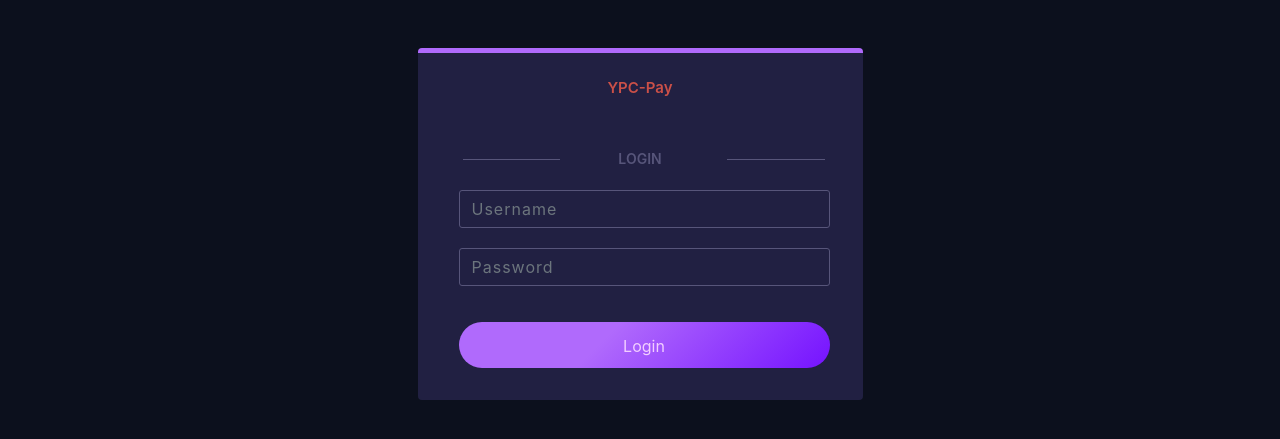
Repository: imamarin/ypcpay
Page: http://localhost/
An editor plug-in stored every save of this project. The page is shown before and after the next save, followed by the edit.
The browser window is 1280 px wide. The pictures show the whole page.
Some web libraries are served in a nearby version. The page is served by the project's Laravel application, run on PHP 8.4 with Laravel 8. Other server files are loaded and not shown.

Above is the page before, as saved 2022-05-20 13:58:36.
Console error: TypeError: Cannot read properties of undefined (reading 'fn')

### resources/views/login.blade.php
<!DOCTYPE html>
<html lang="{{ str_replace('_', '-', app()->getLocale()) }}">
    <head>
        <meta charset="utf-8">
        <meta name="viewport" content="width=device-width, initial-scale=1">

        <title>Laravel</title>

        <!-- Fonts -->
        <link href="https://stackpath.bootstrapcdn.com/bootstrap/4.3.1/css/bootstrap.min.css" rel="stylesheet">
        <link href="https://use.fontawesome.com/releases/v5.7.2/css/all.css" rel="stylesheet">
        <script src="https://stackpath.bootstrapcdn.com/bootstrap/4.3.1/js/bootstrap.bundle.min.js"></script>
        <script src="https://cdnjs.cloudflare.com/ajax/libs/jquery/3.2.1/jquery.min.js"></script>

        <style>
            body{
                background-color: #0c101d;
            }
            .card{
                border: none;
                border-top: 5px solid  rgb(176,106,252);
                background: #212042;
                color: #57557A;
            }
            p{
                font-weight: 600;
                font-size: 15px;
            }
            .fab{
                display: flex;
                justify-content: center;
                align-items: center;
                border: none;
                background: #2A284D;
                height: 40px;
                width: 90px;
            }
            .fab:hover{
                cursor: pointer;
            }
            .fa-twitter{
                color: #56ABEC;
            }
            .fa-facebook{
                color: #1775F1;
            }
            .fa-google{
                color: #CB5048;
            }
            .division{
                float: none;
                position: relative;
                margin: 30px auto 20px;
                text-align: center;
                width: 100%;
                box-sizing: border-box;
            }
            .division .line{
                border-top: 1.5px solid #57557A;;
                position: absolute;
                top: 13px;
                width: 85%;
            }
            .line.l{
                left: 52px;
            }
            .line.r{
                right: 45px;

            }
            .division span{
                font-weight: 600;
                font-size: 14px;
            }
            .myform{
                padding: 0 25px 0 33px;
            }
            .form-control{
                border: 1px solid #57557A;
                border-radius: 3px;
                background: #212042;
                margin-bottom: 20px;
                letter-spacing: 1px;

            }
            .form-control:focus{
                border: 1px solid #57557A;
                border-radius: 3px;
                box-shadow: none;
                background: #212042;
                color: #fff;
                letter-spacing: 1px;
            }
            .bn{
                text-decoration: underline;
            }
            .bn:hover{
                cursor: pointer;
            }
            .form-check-input {
                margin-top: 8px!important;
                }
            .btn-primary{
            background: linear-gradient(135deg, rgba(176,106,252,1) 39%,rgba(116,17,255,1) 101%);
            border: none;
            border-radius: 50px;
            }
            .btn-primary:focus{
                box-shadow: none;
                border: none;
            }
            small{
                color: #F2CEFF;
            }
            .far.fa-user{
                font-size: 13px;
            }

            @media(min-width: 767px){
                .bn{
                    text-align: right;
                }
            }
            @media(max-width: 767px){
                .form-check{
                    text-align: center;
                }
                .bn{
                    text-align: center;
                    align-items: center;
                }
            }
            @media(max-width: 450px){
                .fab{
                    width: 100%;
                    height: 100%;
                }
                .division .line{
                    width: 50%;
                }
            }
        </style>
    </head>
    <body>
        <div class="container">
            <div class="row d-flex justify-content-center mt-5">
                <div class="col-12 col-md-8 col-lg-6 col-xl-5">
                    <div class="card py-3 px-2">
                        <p class="text-center mb-3 mt-2" style="color: #CB5048">YPC-Pay</p>
                        {{-- <div class="row mx-auto ">
                            <div class="col-4">
                                <i class="fab fa-twitter"></i>
                            </div>
                            <div class="col-4">
                                <i class="fab fa-facebook"></i>
                            </div>
                            <div class="col-4">
                                <i class="fab fa-google"></i>
                            </div>
                        </div> --}}
                        <div class="division">
                            <div class="row">
                                <div class="col-3"><div class="line l"></div></div>
                                <div class="col-6"><span>LOGIN</span></div>
                                <div class="col-3"><div class="line r"></div></div>
                            </div>
                        </div>
                        <form class="myform">
                            <div class="form-group">
                                <input type="email" class="form-control" placeholder="Username">
                              </div>
                             <div class="form-group">
                                <input type="password" class="form-control" placeholder="Password">
                              </div>
                              <div class="row">
                                  <div class="col-md-6 col-12">
                                      {{-- <div class="form-group form-check">
                                        <input type="checkbox" class="form-check-input" id="exampleCheck1">
                                        <label class="form-check-label" for="exampleCheck1">Rester connecte</label>
                                      </div> --}}
                                  </div>
                                  {{-- <div class="col-md-6 col-12 bn">Mot se passe oublie</div> --}}
                              </div>
                              <div class="form-group mt-3">
                                  <button type="button" class="btn btn-block btn-primary btn-lg"><small>Login</small></button>
                              </div>
                        </form>
                    </div>
                </div>
            </div>
        </div>
    </body>
</html>

Loaded but not shown: routes/web.php (common file)

After the next save:
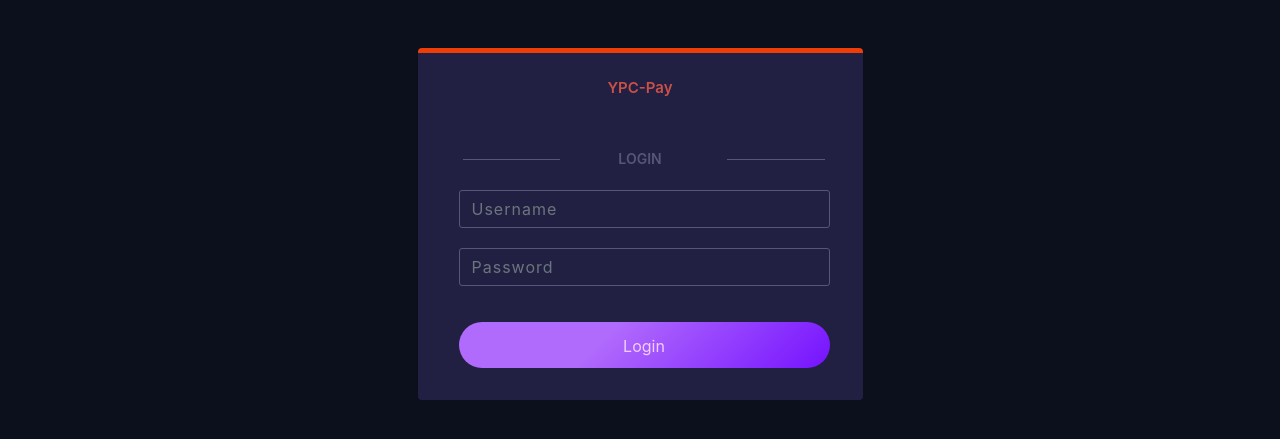
Saved 22 s later.
--- a/resources/views/login.blade.php
+++ b/resources/views/login.blade.php
@@ -18,7 +18,7 @@
             }
             .card{
                 border: none;
-                border-top: 5px solid  rgb(176,106,252);
+                border-top: 5px solid  rgb(238, 61, 7);
                 background: #212042;
                 color: #57557A;
             }
